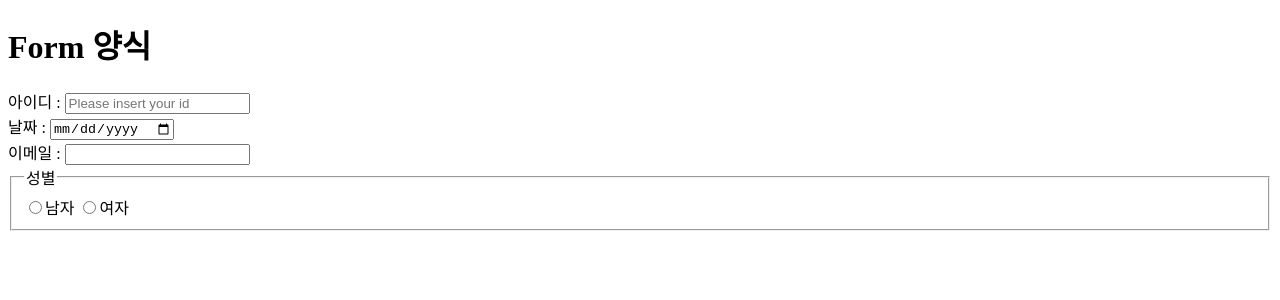
Repository: JeongHyeongKim/practice_myself
Page: Si_basic/WebProject/setp01_HTMLCS/WebContent/HTML/ex05_formTag.html
The author's editor kept a copy of each file at every save. The page is drawn from the files as they stood at one save, then again after the next save.
The browser window is 1280 px wide. The pictures show the whole page.

Above is the page before, as saved 2019-04-22 05:39:46.

After the next save:
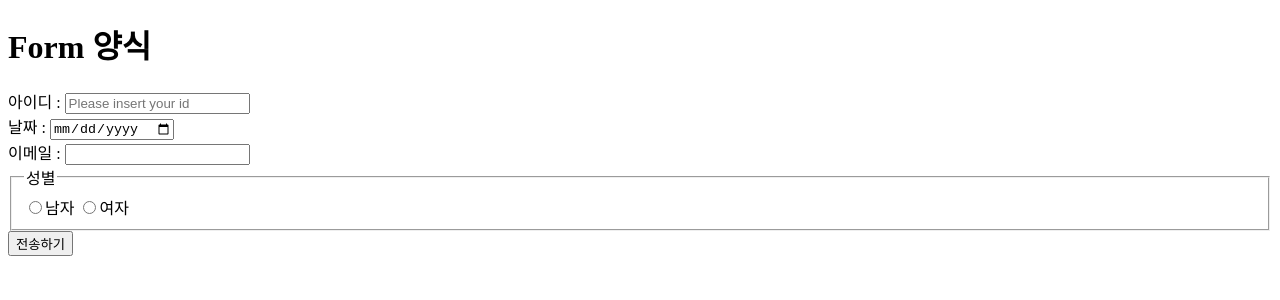
Saved 2 min 59 s later.
--- a/Si_basic/WebProject/setp01_HTMLCS/WebContent/HTML/ex05_formTag.html
+++ b/Si_basic/WebProject/setp01_HTMLCS/WebContent/HTML/ex05_formTag.html
@@ -16,6 +16,8 @@
 				<input type="radio" name="gender">남자
 				<input type="radio" name="gender">여자
 			</fieldset>
+			<input type="submit" value="전송하기"/>
 		</form>
+
 	</body>
 </html>
